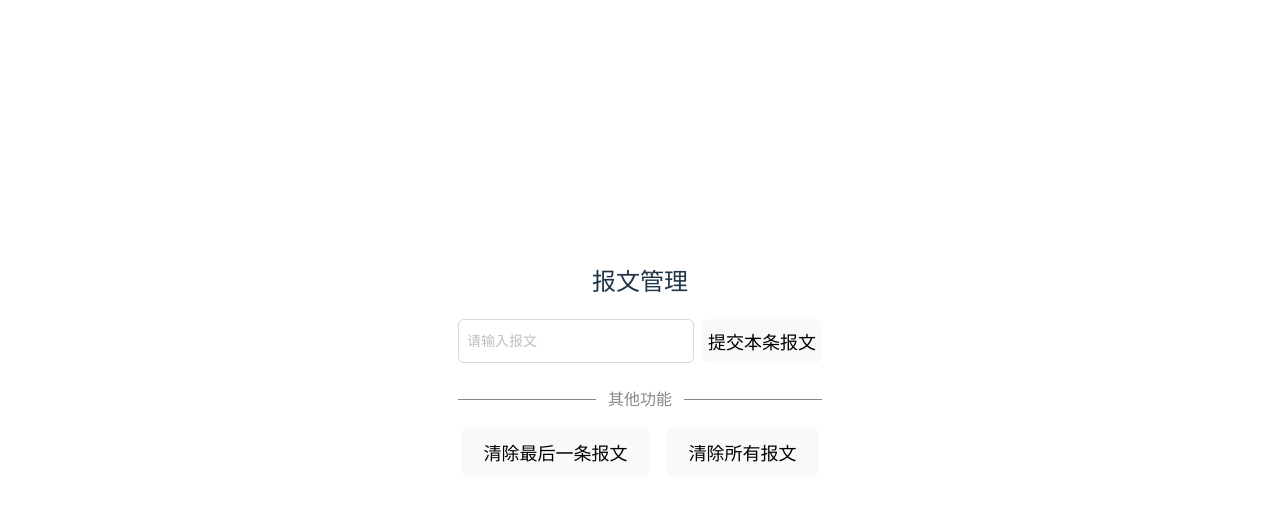
Repository: WUTONK/GoBlogAssignment3
Page: /user/postmodify (app in frontend/)
An editor plug-in stored every save of this project. The page is shown before and after the next save, followed by the edit.
The browser window is 1280 px wide. The pictures show the whole page.
The project was rebuilt for these pictures with package versions that can differ from the ones it lists, and the page was loaded fresh each time. Also part of the build but not shown: frontend/vite.config.ts, frontend/src/api/runtime.ts, frontend/src/api/models/LoginReq.ts, frontend/src/api/models/LoginRsp.ts, frontend/src/api/models/SqlReq.ts, frontend/src/api/models/SqlRsp.ts, frontend/src/api/models/index.ts, frontend/src/api/apis/DefaultApi.ts and 5 more.

Above is the page before, as saved 2025-07-26 23:53:36.

After the next save:
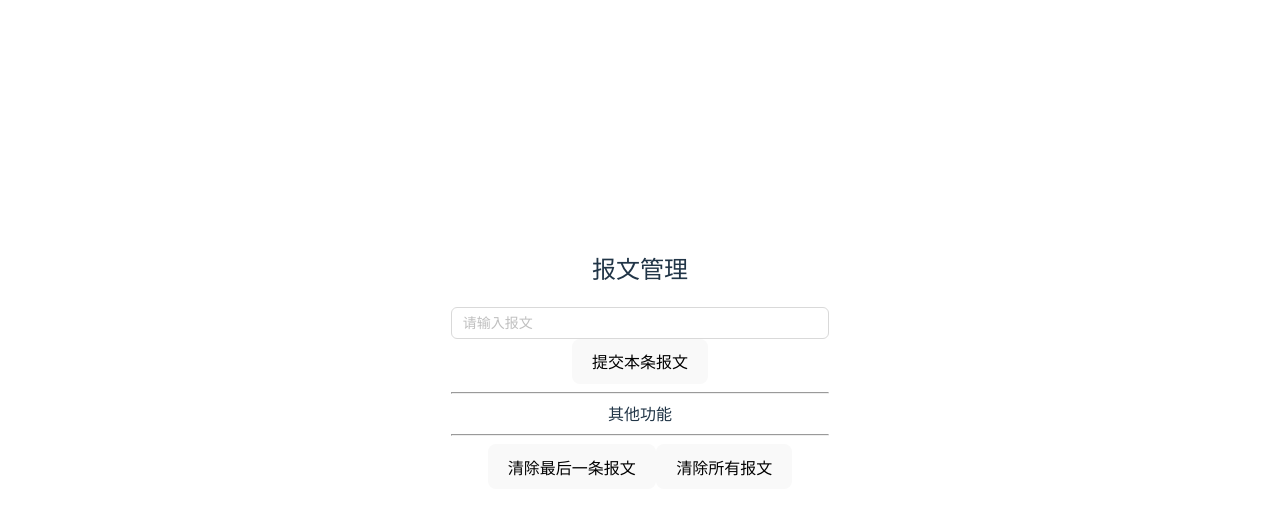
Saved 17 s later.
--- a/frontend/src/PostModifyPage.tsx
+++ b/frontend/src/PostModifyPage.tsx
@@ -8,42 +8,36 @@
   const [post, setPosts] = useState("")
 
   return (
-    <div style={{ maxWidth: 500, margin: "0 auto", padding: 20 }}>
-      <h2 style={{ textAlign: "center" }}>报文管理</h2>
+    <div className="post-modify-container">
+      <h2 className="post-modify-title">报文管理</h2>
       {/* 输入框和提交按钮同一行 */}
-      <div style={{ display: "flex", marginBottom: 16 }}>
+      <div className="post-modify-row">
         <Input
+          className="post-modify-input"
           type="text"
           value={post}
           onChange={(e: React.ChangeEvent<HTMLInputElement>) => setPosts(e.target.value)}
           placeholder="请输入报文"
-          style={{ flex: 5, marginRight: 8, padding: 8 }}
         />
         <button
           onClick={() => { }}
-          style={{
-            flex: 1,
-            minWidth: 120, // 最小宽度
-            padding: "8px 0",
-            whiteSpace: "nowrap", // 不换行
-            fontSize: 18 // 字体大一点更好看
-          }}
+          className="post-modify-submit-btn"
         >
           提交本条报文
         </button>
       </div>
 
       {/* 横线和说明文字 */}
-      <div style={{ display: "flex", alignItems: "center", margin: "24px 0 16px 0" }}>
-        <hr style={{ flex: 1, border: "none", borderTop: "1px solid #888" }} />
-        <span style={{ margin: "0 12px", color: "#888" }}>其他功能</span>
-        <hr style={{ flex: 1, border: "none", borderTop: "1px solid #888" }} />
+      <div className="post-modify-divider">
+        <hr />
+        <span>其他功能</span>
+        <hr />
       </div>
 
       {/* 下面两个按钮 */}
-      <div style={{ display: "flex", justifyContent: "center", gap: 16 }}>
-        <button style={{ minWidth: 120, fontSize: 18, whiteSpace: "nowrap" }}>清除最后一条报文</button>
-        <button style={{ minWidth: 120, fontSize: 18, whiteSpace: "nowrap" }}>清除所有报文</button>
+      <div className="post-modify-btn-row">
+        <button className="post-modify-btn">清除最后一条报文</button>
+        <button className="post-modify-btn">清除所有报文</button>
       </div>
     </div>
   )

After the save that followed:
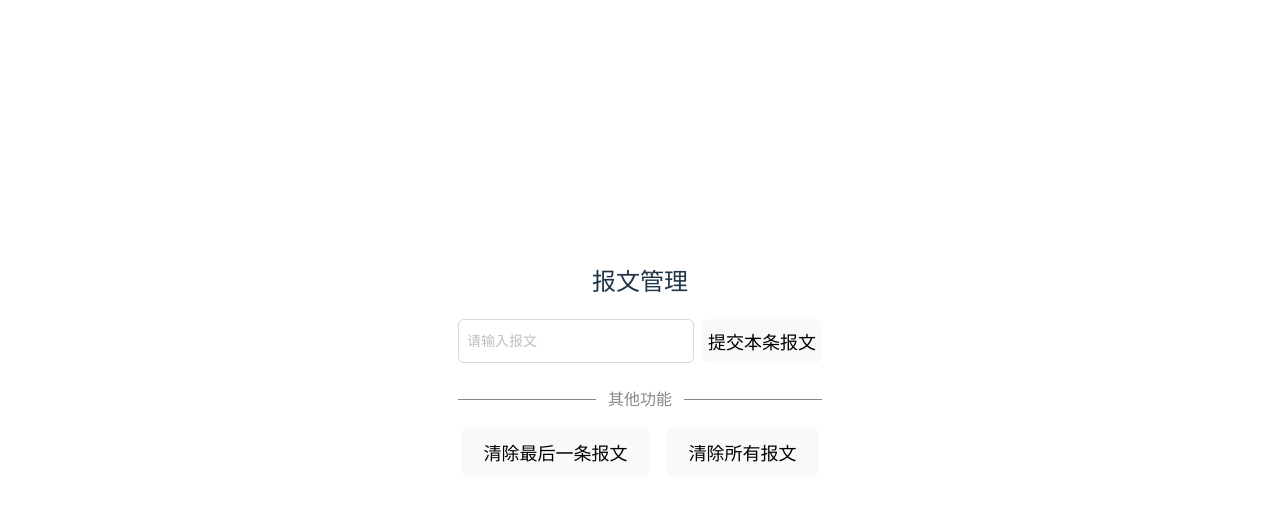
Saved 42 s later.
--- a/frontend/src/PostModifyPage.tsx
+++ b/frontend/src/PostModifyPage.tsx
@@ -8,36 +8,42 @@
   const [post, setPosts] = useState("")
 
   return (
-    <div className="post-modify-container">
-      <h2 className="post-modify-title">报文管理</h2>
+    <div style={{ maxWidth: 500, margin: "0 auto", padding: 20 }}>
+      <h2 style={{ textAlign: "center" }}>报文管理</h2>
       {/* 输入框和提交按钮同一行 */}
-      <div className="post-modify-row">
+      <div style={{ display: "flex", marginBottom: 16 }}>
         <Input
-          className="post-modify-input"
           type="text"
           value={post}
           onChange={(e: React.ChangeEvent<HTMLInputElement>) => setPosts(e.target.value)}
           placeholder="请输入报文"
+          style={{ flex: 5, marginRight: 8, padding: 8 }}
         />
         <button
           onClick={() => { }}
-          className="post-modify-submit-btn"
+          style={{
+            flex: 1,
+            minWidth: 120, // 最小宽度
+            padding: "8px 0",
+            whiteSpace: "nowrap", // 不换行
+            fontSize: 18 // 字体大一点更好看
+          }}
         >
           提交本条报文
         </button>
       </div>
 
       {/* 横线和说明文字 */}
-      <div className="post-modify-divider">
-        <hr />
-        <span>其他功能</span>
-        <hr />
+      <div style={{ display: "flex", alignItems: "center", margin: "24px 0 16px 0" }}>
+        <hr style={{ flex: 1, border: "none", borderTop: "1px solid #888" }} />
+        <span style={{ margin: "0 12px", color: "#888" }}>其他功能</span>
+        <hr style={{ flex: 1, border: "none", borderTop: "1px solid #888" }} />
       </div>
 
       {/* 下面两个按钮 */}
-      <div className="post-modify-btn-row">
-        <button className="post-modify-btn">清除最后一条报文</button>
-        <button className="post-modify-btn">清除所有报文</button>
+      <div style={{ display: "flex", justifyContent: "center", gap: 16 }}>
+        <button style={{ minWidth: 120, fontSize: 18, whiteSpace: "nowrap" }}>清除最后一条报文</button>
+        <button style={{ minWidth: 120, fontSize: 18, whiteSpace: "nowrap" }}>清除所有报文</button>
       </div>
     </div>
   )
